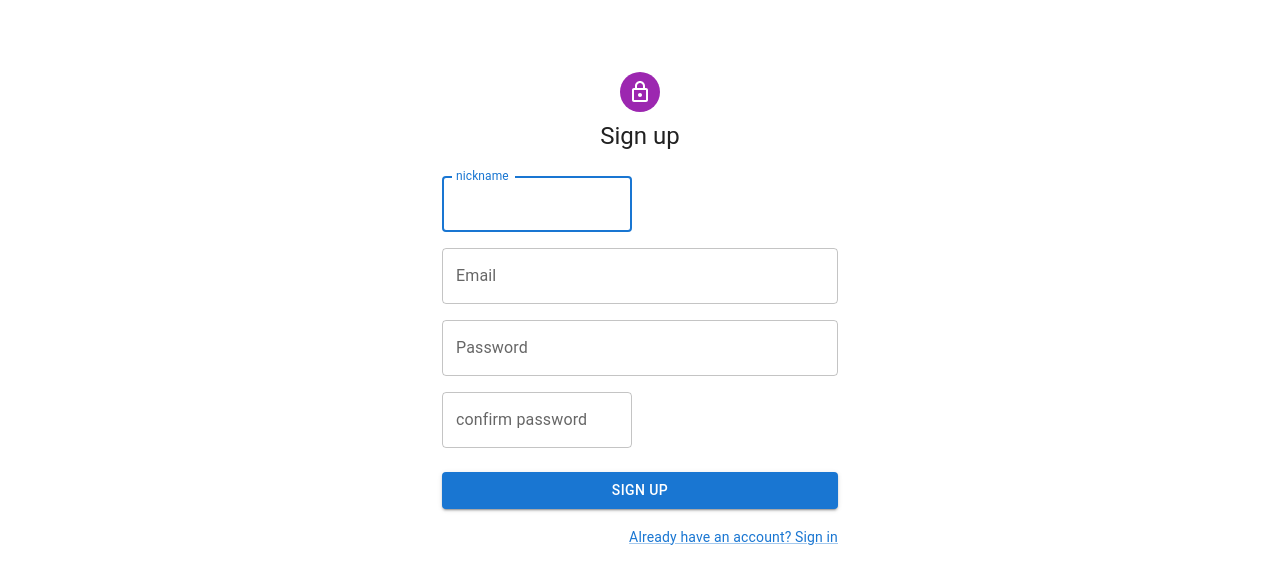
Repository: background-position/midway-react
Page: /register
The author's editor kept a copy of each file at every save. The page is drawn from the files as they stood at one save, then again after the next save.
The browser window is 1280 px wide. The pictures show the whole page.
The project was rebuilt for these pictures with package versions that can differ from the ones it lists, and the page was loaded fresh each time. Also part of the build but not shown: vite.config.ts, src/client/pages/about/about.tsx, src/service/apis/lambda/index.ts, src/client/pages/login/login.tsx.

Above is the page before, as saved 2021-12-31 16:04:57.

After the next save:
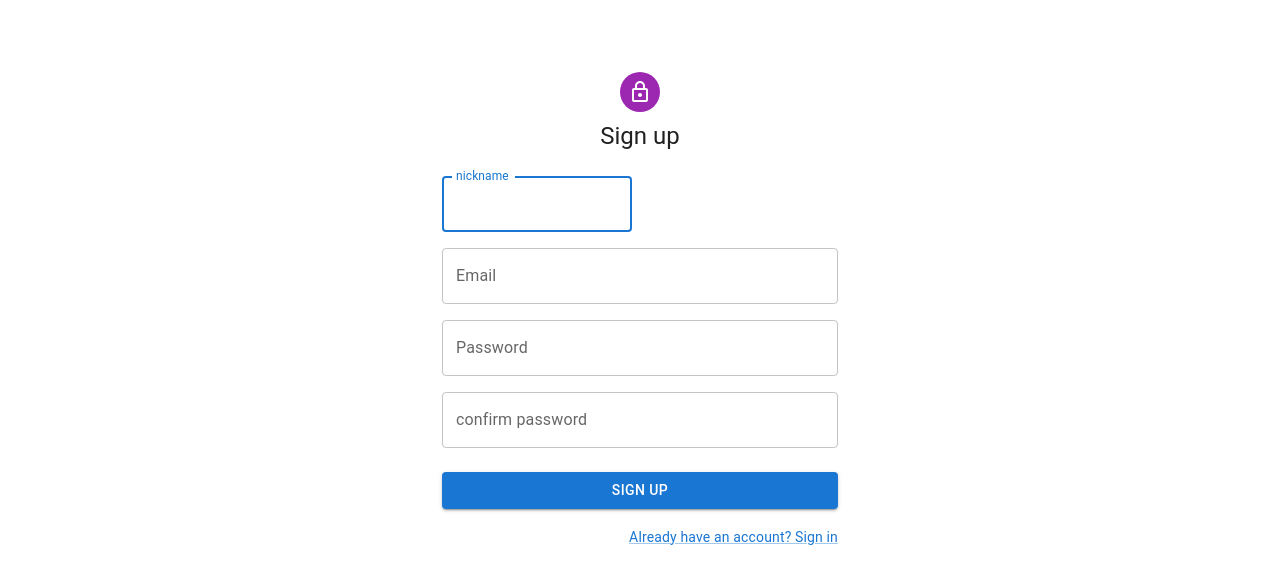
Saved 22 s later.
--- a/src/client/pages/register/register.tsx
+++ b/src/client/pages/register/register.tsx
@@ -112,7 +112,7 @@
                                     }
                                 />
                             </Grid>
-                            <Grid item xs={12} sm={6}>
+                            <Grid item xs={12}>
                                 <TextField
                                     fullWidth
                                     id="confirm"

After the 3 saves that followed:
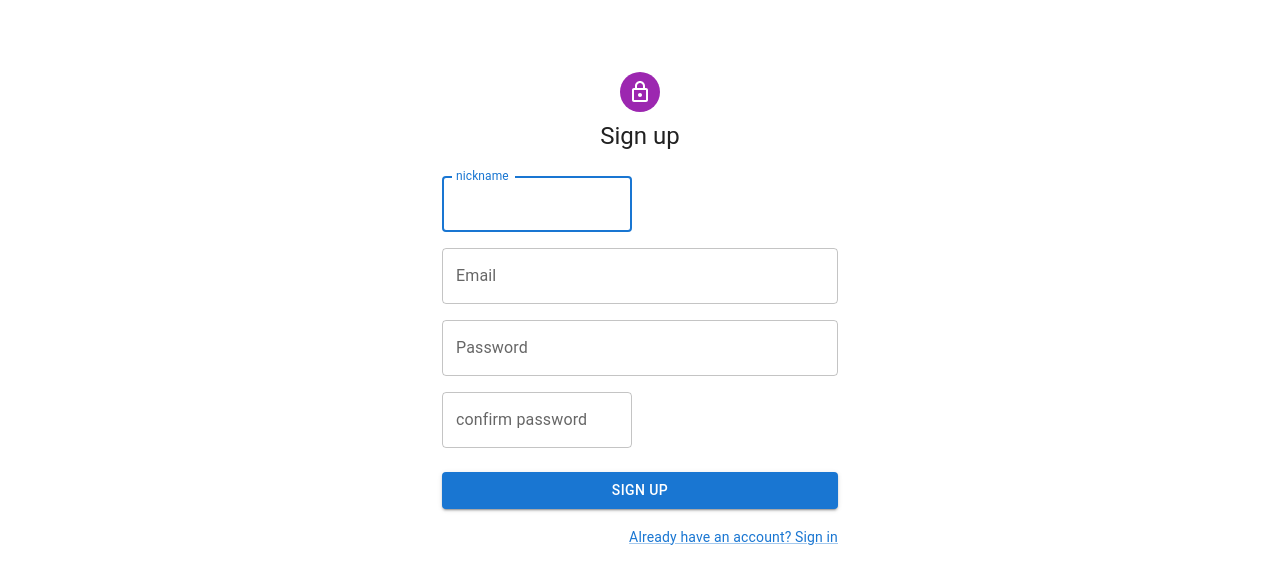
The 3 saves are shown as one change because they came seconds apart.
The last was saved 10 s later.
--- a/src/client/pages/register/register.tsx
+++ b/src/client/pages/register/register.tsx
@@ -52,7 +52,7 @@
                     </Typography>
                     <Box
                         component="form"
-                        fullWidth
+                        noValidate
                         onSubmit={handleSubmit(handleRegister)}
                         sx={{ mt: 3 }}
                     >
@@ -112,7 +112,7 @@
                                     }
                                 />
                             </Grid>
-                            <Grid item xs={12}>
+                            <Grid item xs={12} sm={6}>
                                 <TextField
                                     fullWidth
                                     id="confirm"
